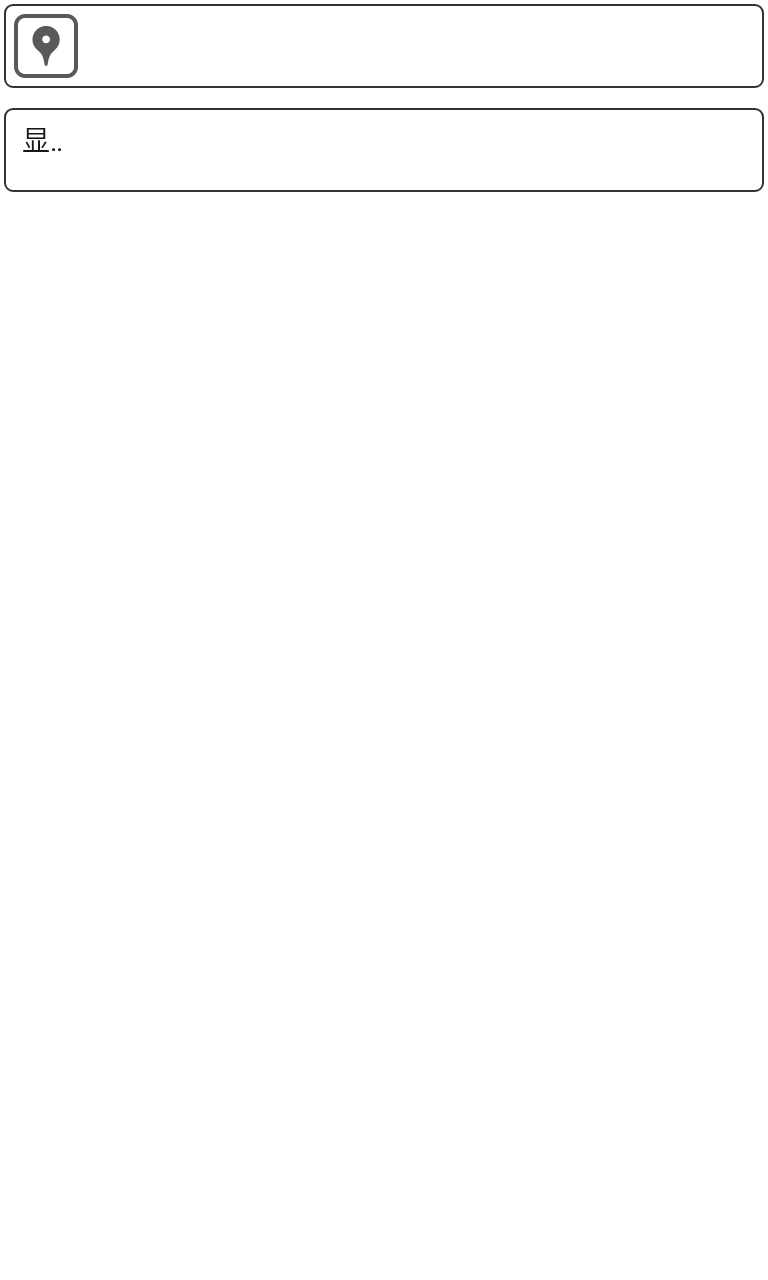
Repository: jornel/Jianjian
Layout: android/res/layout/venue_picker_page.xml
An editor plug-in stored every save of this project. The layout is shown before and after the next save, followed by the edit.
It is drawn on a 768 x 1280 px phone screen (xhdpi) without system bars, with theme JianjianTheme; the app's code is not run. Lists and similar views that code fills are empty.

Above is the layout before, as saved 2011-06-05 13:22:37.

### android/res/layout/venue_picker_page.xml
<?xml version="1.0" encoding="utf-8"?>

<!-- Copyright 2010 Mark Wyszomierski -->

<LinearLayout
  xmlns:android="http://schemas.android.com/apk/res/android"
  android:orientation="vertical"
  android:layout_width="fill_parent"
  android:layout_height="fill_parent"
  android:padding="2dip"
  android:background="@color/white"
  >

  <LinearLayout
    android:id="@+id/venuePickerRootVenueButton"
    android:layout_width="fill_parent"
    android:layout_height="wrap_content"
    android:orientation="horizontal"
    android:gravity="center_vertical"
    android:paddingTop="5dip"
    android:paddingBottom="5dip"
    android:focusable="true"
    android:background="@drawable/border_round_rect_selector"
    >

    <ImageView
      android:id="@+id/venuePickerIcon"
      android:layout_width="32dip"
      android:layout_height="32dip"
      android:src="@drawable/venue_none"
      android:scaleType="fitCenter"
      android:gravity="center_horizontal"
      android:layout_marginLeft="5dip" />

    <TextView
      android:id="@+id/venuePickerName"
      android:layout_width="fill_parent"
      android:layout_height="wrap_content"
      android:textColor="@color/black_end"
      android:textAppearance="@android:style/TextAppearance.Small"
      android:singleLine="true"
      android:ellipsize="marquee"
      android:layout_gravity="center_vertical"
      android:paddingLeft="9dip" />

  </LinearLayout>

  <LinearLayout
    android:id="@+id/venuePickerRootVenueButton"
    android:layout_width="fill_parent"
    android:layout_height="wrap_content"
	android:minHeight="10dip"
    />

  <ListView
    android:id="@+id/venuePickerListView"
    android:layout_width="fill_parent"
    android:layout_height="wrap_content"
    android:dividerHeight="1dip"
    android:divider="#444"
    android:drawSelectorOnTop="false"
    android:scrollbars="vertical"
    android:cacheColorHint="#FFF" />

  <LinearLayout
    android:id="@+id/venueloadingMoreVenueButton"
    android:layout_width="fill_parent"
    android:layout_height="wrap_content"
    android:orientation="horizontal"
    android:gravity="center_vertical"
    android:paddingTop="5dip"
    android:paddingBottom="5dip"
    android:focusable="true"
    android:background="@drawable/border_round_rect_selector"
    >

    <TextView
      android:id="@+id/venuePickerName"
      android:layout_width="32dip"
      android:layout_height="32dip"
      android:text="@string/more_venues"
      android:textColor="@color/black_end"
      android:textAppearance="@android:style/TextAppearance.Small"
      android:singleLine="true"
      android:ellipsize="marquee"
      android:layout_gravity="center_vertical"
      android:paddingLeft="9dip" />

  </LinearLayout>


</LinearLayout>

### android/res/values/sytles.xml
<?xml version="1.0" encoding="utf-8"?>
<resources>
   <style parent="@android:style/Theme.Light" name="JianjianTheme">
   </style>

   <style name="TextViewStyleTabMainNav">
    <item name="android:textSize">12dip</item>
    <item name="android:textColor">@drawable/tab_main_nav_text_selector</item>
   </style>
   <style name="TextViewStyleUserDetailsActivityTitle">
    <item name="android:textSize">20dip</item>
    <item name="android:textColor">@color/white</item>
    <item name="android:textStyle">bold</item>
   </style>
     <style name="TextViewStyleUserDetailsActivityLastSeen">
    <item name="android:textSize">14dip</item>
    <item name="android:textColor">@color/white</item>
  </style>

  <style name="TextViewStyleUserDetailsActivityGeneralTitle">
    <item name="android:textSize">11dip</item>
    <item name="android:textColor">@color/white</item>
    <item name="android:textStyle">bold</item>
  </style>

  <style name="TextViewStyleUserDetailsActivityGeneralValue">
    <item name="android:textSize">18dip</item>
    <item name="android:textColor">@color/white</item>
    <item name="android:textStyle">bold</item>
  </style>

  <style name="TextViewStyleVenueActivityBold">
    <item name="android:textSize">14dip</item>
    <item name="android:textStyle">bold</item>
  </style>

  <!-- Used in user details for adding or confirming a friend. -->
  <style name="friendButton">
    <item name="android:background">@drawable/friend_button_selector</item>
    <item name="android:textAppearance">@android:style/TextAppearance.Small</item>
    <item name="android:textColor">@android:color/white</item>
    <item name="android:padding">5dip</item>
    <item name="android:textStyle">bold</item>
  </style>

    <!-- Header divider used with separated list adapter. -->
  <style name="listSeparatorTextViewStyle">
    <item name="android:layout_width">fill_parent</item>
    <item name="android:layout_height">wrap_content</item>
    <item name="android:paddingTop">3dip</item>
    <item name="android:paddingBottom">4dip</item>
    <item name="android:paddingLeft">9dip</item>
    <item name="android:background">@drawable/listview_header_background</item>
    <item name="android:textAppearance">@style/TextViewStyleHeaderDivider</item>
  </style>

  <style name="TextViewStyleHeaderDivider">
    <item name="android:textSize">14dip</item>
    <item name="android:textColor">#333</item>
    <item name="android:textStyle">bold</item>
  </style>
</resources>

### android/res/values/colors.xml
<?xml version="1.0" encoding="utf-8"?>
  <!-- Copyright (C) 2007 The Android Open Source Project -->

<resources>
    <color
        name="white">#fff</color>
    <color
        name="dark_white">#efefef</color>
    <color
        name="purple_start">#9b256b</color>
    <color
        name="purple_end">#5d2761</color>
    <color
        name="red_bright">#df2212</color>

    <!-- 427BBA, 0f93b8 -->
    <color
        name="blue_start">#0f93b8</color>
    <color
        name="blue_end">#0f93b8</color>
    <color
        name="lgrey_start">#BFC0C0</color>
    <color
        name="lgrey_end">#AEB2B7</color>
    <color
        name="dgrey_start">#4E4F50</color>
    <color
        name="dgrey_end">#2C3137</color>
    <color
        name="item_grey_start">#B4B8BA</color>
    <color
        name="item_grey_end">#62707C</color>
     <color
        name="black_start">#333333</color>
    <color
        name="black_end">#181818</color>
     <color
        name="grey_start">#CBCBCB</color>
    <color
        name="grey_end">#8C9DAE</color>
    <color
        name="blue_badges_mayor">#095b72</color>
    <color
        name="vlgrey">#EEEEEE</color>
    <color
        name="color_score_list_adapter_highlight">#EEEEEE</color>
    <color
        name="color_score_mayor_section_background">#DDDDDD</color>
    <color
        name="color_bright_green">#a6da00</color>
    <color
        name="transparent_color_bright_green">#50a6da00</color>
    <color
        name="tip_detail_actions_background">#c7c7c7</color>
    <color
        name="user_details_activity_general">#FF555555</color>
    <color
        name="transparent">#00000000</color>

</resources>

### android/res/drawable/border_round_rect_selector.xml
<?xml version="1.0" encoding="utf-8"?>

  <!-- Copyright (c) Mark Wyszomierski, 2010. -->

<selector
 xmlns:android="http://schemas.android.com/apk/res/android"
 android:id="@+id/myselector" >

  <!-- Non focused states -->
  <item
    android:state_focused="false"
    android:state_selected="false"
    android:state_pressed="false"
    android:state_enabled="true"
    android:drawable="@drawable/border_round_rect" />

  <item
    android:state_focused="false"
    android:state_selected="true"
    android:state_pressed="false"
    android:state_enabled="true"
    android:drawable="@drawable/border_round_rect" />

  <!-- Focused states -->
  <item
    android:state_focused="true"
    android:state_selected="false"
    android:state_pressed="false"
    android:state_enabled="true"
    android:drawable="@drawable/border_round_rect_on" />

  <item
    android:state_focused="true"
    android:state_selected="true"
    android:state_pressed="false"
    android:state_enabled="true"
    android:drawable="@drawable/border_round_rect_on" />

  <!-- Pressed -->
  <item
    android:state_pressed="true"
    android:drawable="@drawable/border_round_rect_on" />

  <!-- Disabled -->
  <item
    android:state_enabled="false"
    android:drawable="@drawable/border_round_rect_disabled" />

</selector>

### android/res/values/strings.xml
<?xml version="1.0" encoding="utf-8"?>
<resources>
    <string name="hello">Hello World, MainActivity!</string>
    <string name="app_name">Jianjian</string>
    <string name="main_name">随时随地推荐好东西给好友</string>
    <string name="friends_activity_label">jianjian friends</string>
    <string name="recommendit_activity_label">jianjian recommend</string>
    <string name="me_activity_label">jianjian me</string>
    <string name="tab_main_nav_friends">朋友</string>
    <string name="tab_main_nav_products">推荐它</string>
    <string name="tab_main_nav_me">我</string>
    <string name="user_details_activity_general_badges">徽章</string>
    <string name="user_details_activity_general_tips">收藏</string>
    <string name="user_details_activity_general_points">积分</string>
    <string name="user_details_activity_add_friends">添加好友</string>
    <string name="user_details_activity_friend_confirm">确认加为好友</string>
    <string name="user_details_activity_friend_add">加为好友</string>
    <string name="user_details_activity_friends_in_common_text">%d个好友</string>
    <string name="login_get_started">Get Started</string>
    <string name="login_get_started_more">Got a jianjian account? We just need your email or phone# and password</string>
    <string name="login_failed_login_toast">Unable to log in. Please check your phone number and password.</string>
    <string name="login_label">Log-in</string>
    <string name="login_welcome_toast">Welcome to Jianjian!</string>
    <string name="login_dialog_message">Please wait while logging into Jianjian...</string>
    <string name="login_dialog_title">Logging in...</string>
    <string name="phone_number">Phone Number</string>
    <string name="phone_number_or_email">Username or Email</string>
    <string name="password">Password</string>
    <string name="need_an_account">Need an account?</string>

    <string name="product_info_separator_text">商品信息</string>
    <string name="hint_product_name">商品名称</string>
    <string name="hint_product_price">0.00</string>
    <string name="hint_product_currency">元</string>
    <string name="recommend_info_separator_text">推荐描述</string>
    <string name="hint_recommend_description">为你的推荐说两句...</string>
    <!-- Menu -->
    <string name="refresh">Refresh</string>
    <string name="preferences_logout_title">Logout</string>
    <string name="preferences_exit_title">Exit</string>
    <string name="loading_venue_product">加载商品地址...</string>
    <string name="pickup_venue_product">选择商品地址</string>
    <string name="recommenditbtn">推荐给好友</string>
    <string name="recommendit_progress_bar_title_recommendit">加载商品</string>


    <string name="submitting_the_recommendation">正在提交推荐...</string>
    <string name="add_recommend_it_fail">提交推荐时发生了错误，请重新试一下</string>

    <string name="venue_picker_dialog_title">选择一个地址</string>
    <string name="more_venues">显示更多地址</string>


    <!-- test user string -->
    <string name="testuserid1">鲶鱼哥哥</string>
    <string name="male">male</string>
</resources>

### android/res/drawable/border_round_rect.xml
<?xml version="1.0" encoding="utf-8"?>

  <!-- Copyright (c) Mark Wyszomierski, 2010. -->

<shape xmlns:android="http://schemas.android.com/apk/res/android">
  <stroke android:width="1dip" android:color="#333" />
  <padding android:left="0dip" android:top="7dip" android:right="7dip" android:bottom="7dip" />
  <corners android:radius="4dip" />
  <solid android:color="#FFF" />
</shape>

### android/res/drawable/border_round_rect_on.xml
<?xml version="1.0" encoding="utf-8"?>

  <!-- Copyright (c) Mark Wyszomierski, 2010. -->

<shape xmlns:android="http://schemas.android.com/apk/res/android">
  <stroke android:width="1dip" android:color="#333" />
  <padding android:left="0dip" android:top="7dip" android:right="7dip" android:bottom="7dip" />
  <corners android:radius="4dip" />
  <solid android:color="#FF9A31" />
</shape>

### android/res/drawable/border_round_rect_disabled.xml
<?xml version="1.0" encoding="utf-8"?>

  <!-- Copyright (c) Mark Wyszomierski, 2010. -->

<shape xmlns:android="http://schemas.android.com/apk/res/android">
  <stroke android:width="1dip" android:color="#333" />
  <padding android:left="0dip" android:top="7dip" android:right="7dip" android:bottom="7dip" />
  <corners android:radius="4dip" />
  <solid android:color="#D6D3D6" />
</shape>

After the next save:
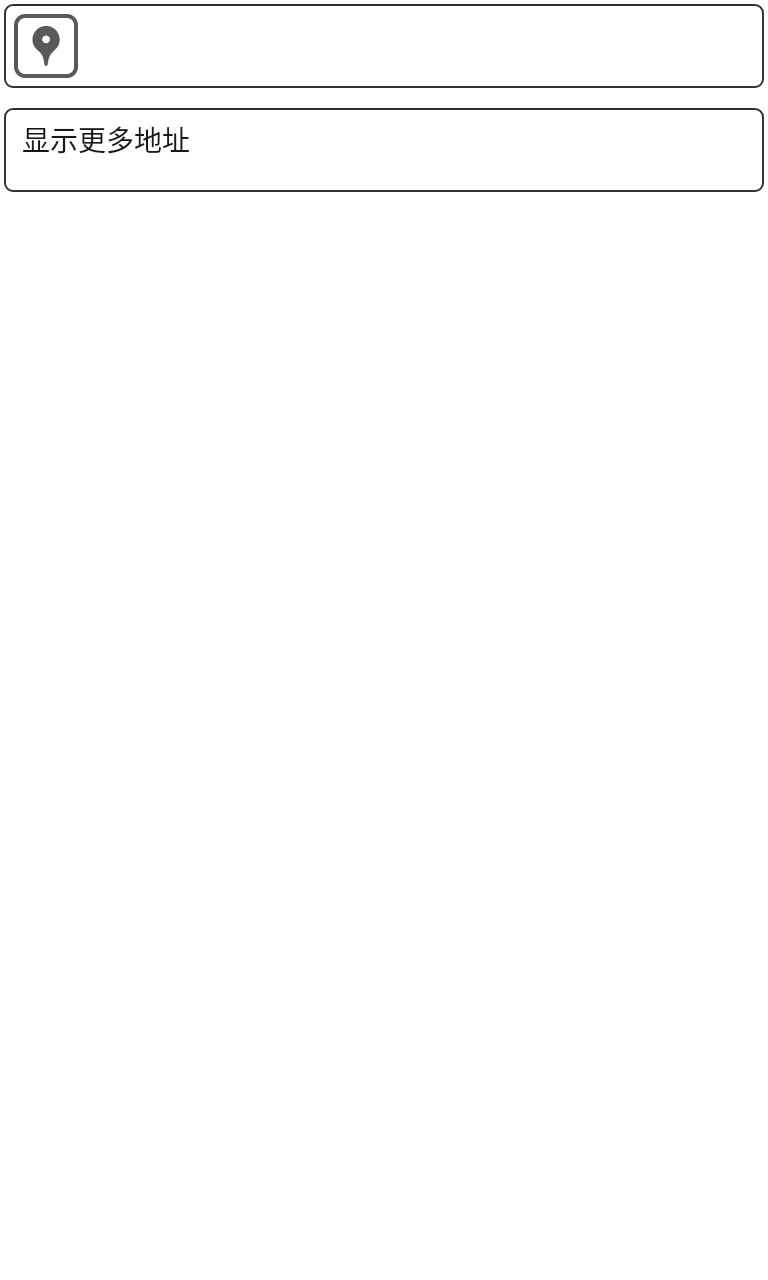
Saved 15 s later.
--- a/android/res/layout/venue_picker_page.xml
+++ b/android/res/layout/venue_picker_page.xml
@@ -76,7 +76,7 @@
 
     <TextView
       android:id="@+id/venuePickerName"
-      android:layout_width="32dip"
+      android:layout_width="fill_parent"
       android:layout_height="32dip"
       android:text="@string/more_venues"
       android:textColor="@color/black_end"
